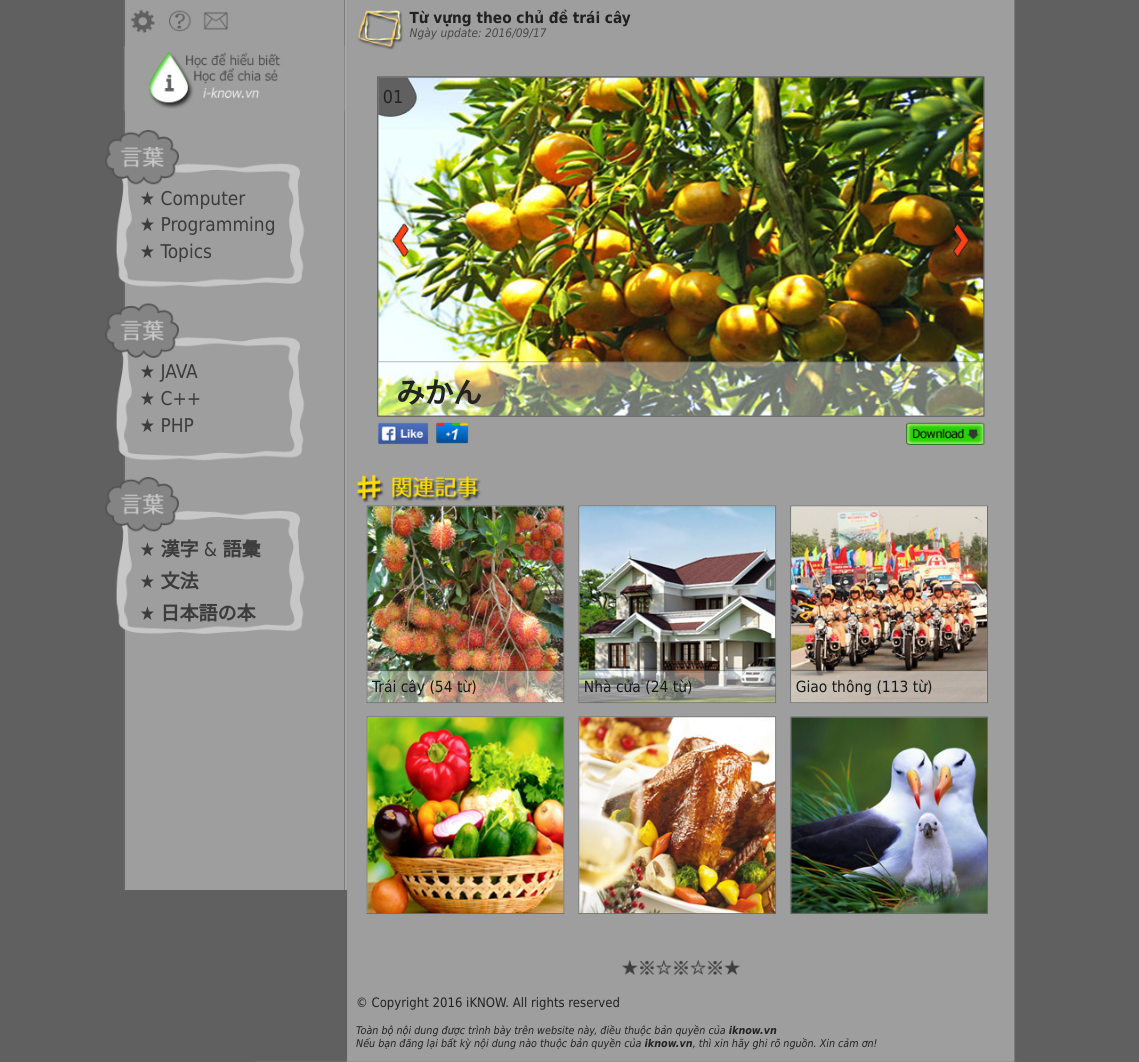
Repository: ruanonglam/_workspace
Page: Web Design/iknow.vn/WebContent/cotoba-view.html
The author's editor kept a copy of each file at every save. The page is drawn from the files as they stood at one save, then again after the next save.
The browser window is 1280 px wide. The pictures show the whole page, at 89% of full size.

Above is the page before, as saved 2016-09-18 05:56:29.

After the next save:
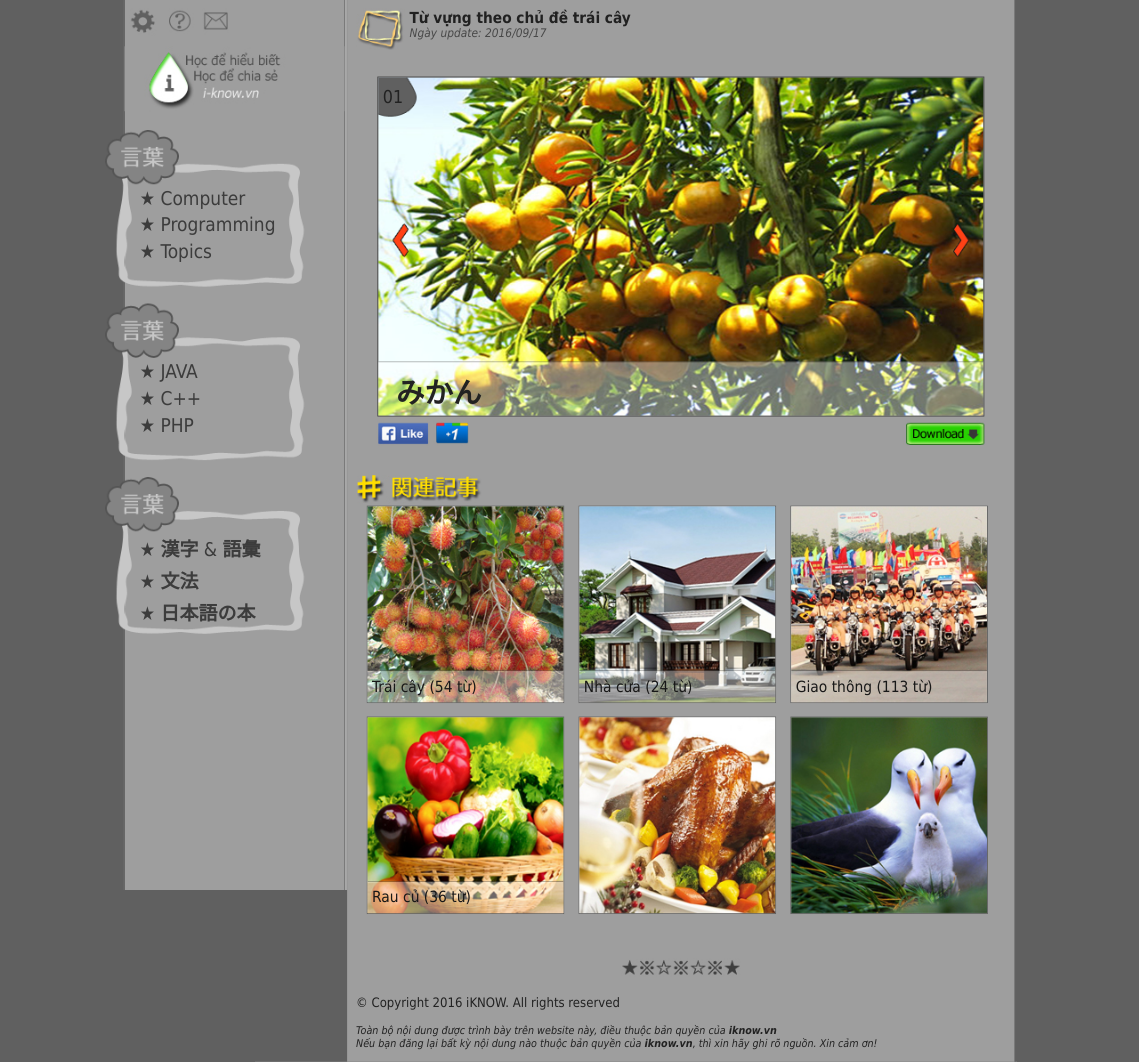
Saved 34 s later.
--- a/Web Design/iknow.vn/WebContent/cotoba-view.html
+++ b/Web Design/iknow.vn/WebContent/cotoba-view.html
@@ -126,6 +126,8 @@
 			<div id="right_vocab_relate_line">
 				<div class="right_relate_item">
 					<a href="#"><img alt="Vocabulary" src="_img/sample/raucu/_thumb_raucu.jpg"></a>
+					<div id="_title"></div>
+					<font>Rau củ (36 từ)</font>
 				</div>
 				<div class="right_relate_item">
 					<a href="#"><img alt="Vocabulary" src="_img/sample/monan/_thumb_monan.jpg"></a>
